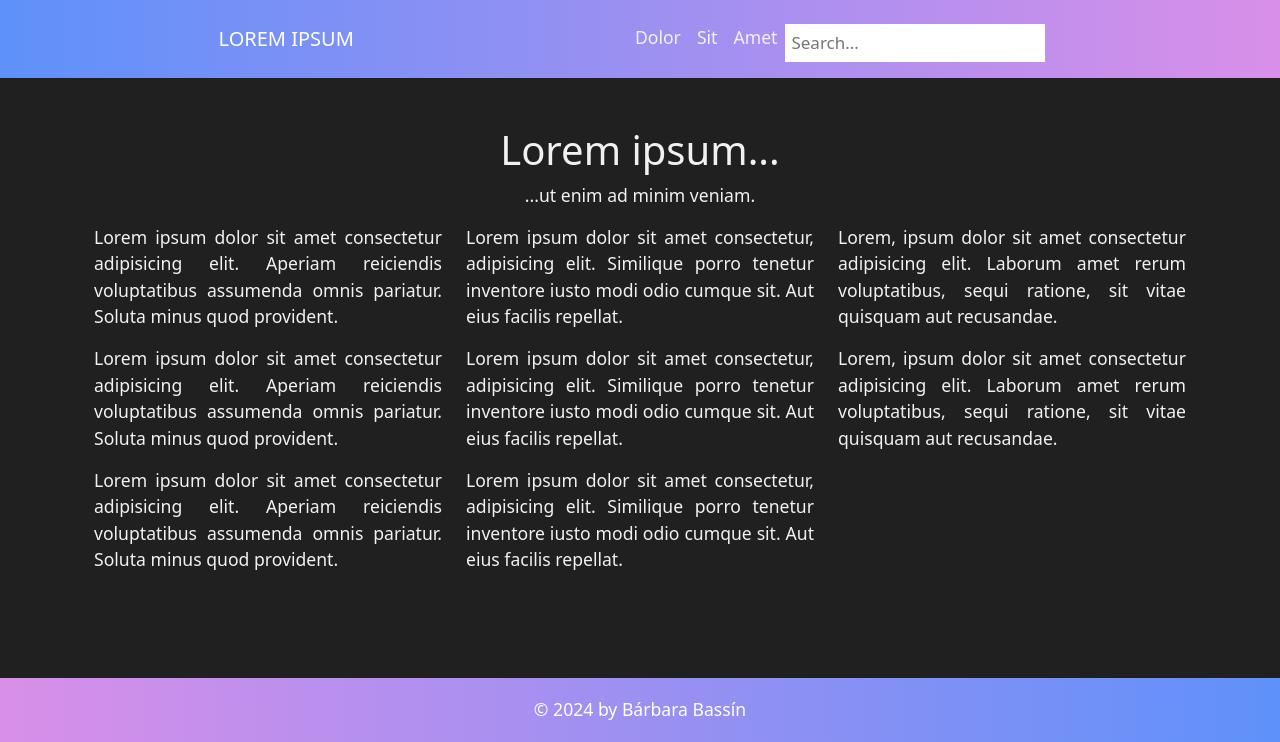
Repository: romancegirl/responsiveness
Page: index.html
An editor plug-in stored every save of this project. The page is shown before and after the next save, followed by the edit.
The browser window is 1280 px wide. The pictures show the whole page.

Above is the page before, as saved 2024-11-19 19:35:46.

### index.html
<!DOCTYPE html>
<html lang="en">

<head>
    <meta charset="UTF-8">
    <meta name="viewport" content="width=device-width, initial-scale=1.0">
    <title>Portfolio - Bárbara Bassín</title>
    <link href="https://cdn.jsdelivr.net/npm/bootstrap@5.3.0/dist/css/bootstrap.min.css" rel="stylesheet">
    <link rel="stylesheet" href="https://cdnjs.cloudflare.com/ajax/libs/font-awesome/6.0.0-beta3/css/all.min.css">
    <link rel="stylesheet" href="css/header-and-footer.css">
    <link rel="stylesheet" href="css/styles.css">
</head>

<body>
    <!-- Header -->
    <header class="py-2">
        <div class="container d-flex justify-content-around align-items-center" id="profile">
            <h5 class="m-0">LOREM IPSUM</h5>
            <nav class="navbar navbar-expand-lg">
                <button class="navbar-toggler" type="button" data-bs-toggle="collapse" data-bs-target="#navbarNav"
                    aria-controls="navbarNav" aria-expanded="false" aria-label="Toggle navigation">
                    <i class="fas fa-bars"></i>
                </button>
                <div class="collapse navbar-collapse" id="navbarNav">
                    <ul class="navbar-nav ms-auto">
                        <li class="nav-item"><a class="nav-link">Dolor</a></li>
                        <li class="nav-item"><a class="nav-link">Sit</a></li>
                        <li class="nav-item"><a class="nav-link">Amet</a></li>
                        <input type="text" placeholder="Search...">
                    </ul>
                </div>
            </nav>
        </div>
    </header>



    <!-- Main -->
    <main class="container my-5">
        <div>
            <h1>Lorem ipsum...</h1>
            <div id="textCarousel" class="carousel slide" data-bs-ride="carousel" data-bs-interval="2000">
                <div class="carousel-inner">
                    <div class="carousel-item active">
                        <p>...olor sit amet, consectetur adipiscing elit...</p>
                    </div>
                    <div class="carousel-item">
                        <p>...sed do eiusmod tempor incididunt ut labore...</p>
                    </div>
                    <div class="carousel-item">
                        <p>...ut enim ad minim veniam.</p>
                    </div>
                </div>
            </div>
        </div>



        <div class="container text-center">
            <div class="row">
                <div class="col-6 col-md-4 paragraph">Lorem ipsum dolor sit amet consectetur adipisicing elit. Aperiam
                    reiciendis
                    voluptatibus assumenda omnis pariatur. Soluta minus quod provident.</div>
                <div class="col-6 col-md-4 paragraph">Lorem ipsum dolor sit amet consectetur, adipisicing elit.
                    Similique porro
                    tenetur inventore iusto modi odio cumque sit. Aut eius facilis repellat.</div>
                <div class="col-6 col-md-4 paragraph">Lorem, ipsum dolor sit amet consectetur adipisicing elit. Laborum
                    amet rerum
                    voluptatibus, sequi ratione, sit vitae quisquam aut recusandae.</div>
                <div class="col-6 col-md-4 paragraph">Lorem ipsum dolor sit amet consectetur adipisicing elit. Aperiam
                    reiciendis
                    voluptatibus assumenda omnis pariatur. Soluta minus quod provident.</div>
                <div class="col-6 col-md-4 paragraph">Lorem ipsum dolor sit amet consectetur, adipisicing elit.
                    Similique porro
                    tenetur inventore iusto modi odio cumque sit. Aut eius facilis repellat.</div>
                <div class="col-6 col-md-4 paragraph">Lorem, ipsum dolor sit amet consectetur adipisicing elit. Laborum
                    amet rerum
                    voluptatibus, sequi ratione, sit vitae quisquam aut recusandae.</div>
                <div class="col-6 col-md-4 paragraph">Lorem ipsum dolor sit amet consectetur adipisicing elit. Aperiam
                    reiciendis
                    voluptatibus assumenda omnis pariatur. Soluta minus quod provident.</div>
                <div class="col-6 col-md-4 paragraph">Lorem ipsum dolor sit amet consectetur, adipisicing elit.
                    Similique porro
                    tenetur inventore iusto modi odio cumque sit. Aut eius facilis repellat.</div>
            </div>
        </div>



    </main>

    <!-- Footer -->
    <footer class="bg-dark text-center py-2">
        <div>&copy; 2024 by Bárbara Bassín</div>
    </footer>
    <script src="js/script.js"></script>
    <script src="https://cdn.jsdelivr.net/npm/bootstrap@5.3.0/dist/js/bootstrap.bundle.min.js"></script>
</body>

</html>

### css/header-and-footer.css
header {
    background: linear-gradient(to right, #5E91FA, #d98fe9);
    color: #fff;
    position: relative;
}


main {
    min-height: 70vh;
    padding-bottom: 1rem;
    box-sizing: border-box;
}

a.nav-link {
    color: #f1f1f1;
}

a.nav-link:hover {
    color: #f6c7de;
    transition: color 0.3s, text-shadow 0.3s;
    transform: scale(1.05);
}


.navbar input[type=text] {
    float: right;
    padding: 6px;
    margin-top: 8px;
    margin-right: 16px;
    border: none;
    font-size: 17px;
}


/* navbar-toggle */

.navbar-toggler {
    border-color: #fff;
}

.navbar-toggler .fas {
    color: #fff;
    /* Cambia el color del ícono */
}

.navbar-collapse {
    justify-content: flex-end;
}

.navbar-toggler:hover {
    cursor: pointer;
}

.navbar-toggler:focus {
    outline: none;
    box-shadow: none;
}

@media (max-width: 995px) {

    .navbar-collapse {
        display: none;
        position: absolute;
        top: 134%;
        left: -55px;
        width: 100%;
        z-index: 999;
        flex-direction: column-reverse;
        align-items: center;
    }

    .navbar-collapse.show {
        display: flex;
    }

    .navbar-nav {
        background: linear-gradient(to right, #5e92fae0, #d98fe9dc);
        color: #fff;
        padding: 1.5rem;
        border-radius: 0 0 100px 100px;
        font-weight: bold;
        text-align: center;
    }

    .navbar-nav:hover {
        cursor: pointer;

    }

    a.nav-link:hover {
        color: #f6c7de;
        transition: color 0.3s, text-shadow 0.3s;
        transform: scale(1.05);
    }

    .navbar-nav .nav-item {
        margin: 10px 0;
    }

    .navbar a, .navbar input[type=text] {
        float: none;
        display: block;
        text-align: left;
        width: 100%;
        margin: 0;
        padding: 14px;
      }
      .navbar input[type=text] {
        border: 1px solid #ccc;
      }

}

footer {
    background: linear-gradient(to right, #d98fe9, #5E91FA);
    color: #fff;
    bottom: 0;
    min-height: 4rem;
    display: flex;
    justify-content: center;
    align-items: center;
}

### css/styles.css
body {
    background-color: #202020;
    color: #f1f1f1;
    font-size: 110%;
}

/* Profile and resume */

.profile-photo {
    width: 250px;
    height: 250px;
    border: #a5c3ffcd;
    border-style: double;
    border-width: 5px;
    border-radius: 70px;
    display: flex;
    justify-content: center;
    align-items: center;
    overflow: hidden;
    /* Oculta cualquier parte de la imagen que se desborde */
    float: right;
}

/* titles */

h1 {
    text-align: center;
}

h2,
h3,
h4 {
    background: linear-gradient(#d98fe9, #5E91FA);
    -webkit-background-clip: text;
    background-clip: text;
    -webkit-text-fill-color: transparent;
}



/* General */

#textCarousel {
    width: 40rem;
    margin: auto;
}

p {
    text-align: center;
}

.row {
    text-align: justify;
}

.paragraph {
margin-bottom: 1rem;
}

/* Responsiveness */

.title-small,
.title-x-small {
    display: none;
}

@media screen and (max-width: 1400px) {

    .title-large,
    .title-x-small {
        display: none;
    }

    .title-small {
        display: block;
    }
}

@media screen and (max-width: 768px) {

    .title-large,
    .title-small {
        display: none;
    }

    .title-x-small {
        display: block;
        text-align: center;

    }

    #textCarousel {
        max-width: 90%; /* Usa un tamaño relativo en lugar de fijo */
    }
}

### js/script.js
document.addEventListener('click', function(event) {
    var navbar = document.querySelector('.navbar-collapse');
    var toggler = document.querySelector('.navbar-toggler');

    // Si el menú está abierto y se hace clic fuera de él, lo cierra
    if (navbar.classList.contains('show') && !navbar.contains(event.target) && !toggler.contains(event.target)) {
        var bsCollapse = new bootstrap.Collapse(navbar, {
            toggle: false
        });
        bsCollapse.hide();
    }
});

// Cerrar el menú automáticamente al hacer clic en cualquier enlace
var navLinks = document.querySelectorAll('.nav-link');
navLinks.forEach(function(link) {
    link.addEventListener('click', function() {
        var navbar = document.querySelector('.navbar-collapse');
        var bsCollapse = new bootstrap.Collapse(navbar, {
            toggle: false
        });
        bsCollapse.hide();
    });
});

After the next save:
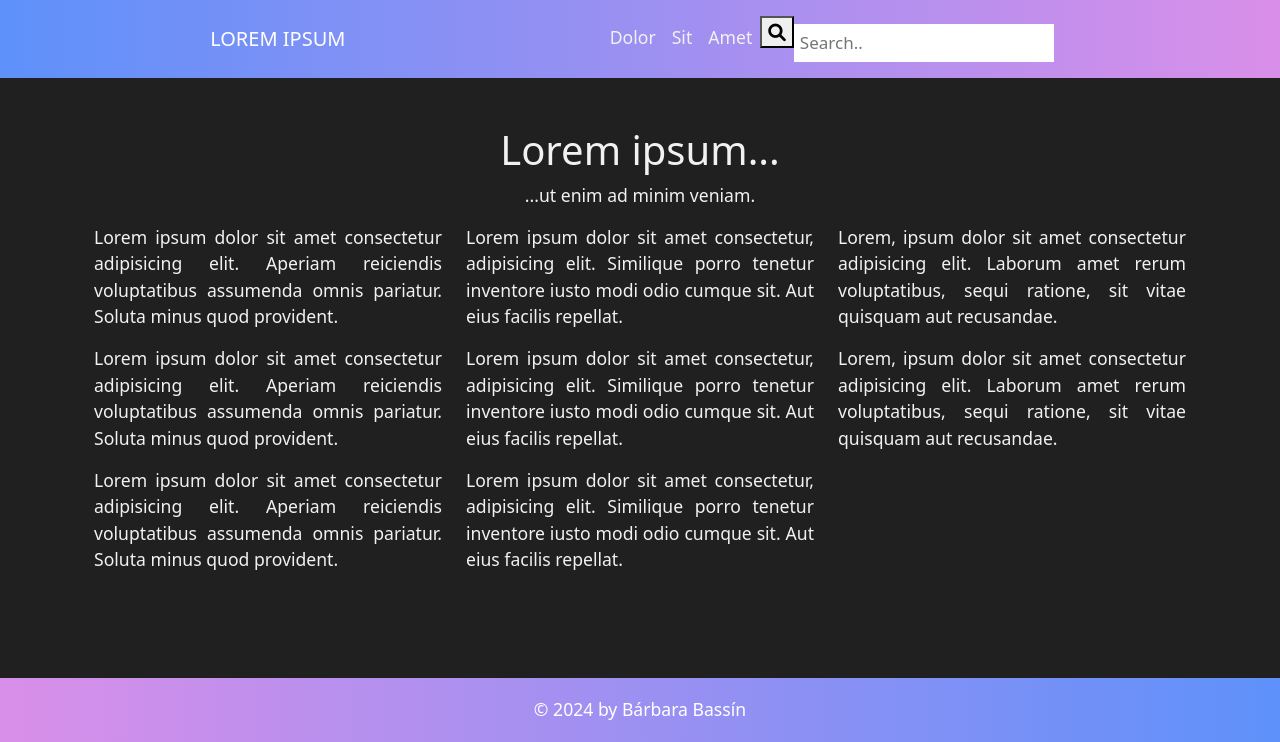
Saved 99 s later.
--- a/index.html
+++ b/index.html
@@ -26,7 +26,12 @@
                         <li class="nav-item"><a class="nav-link">Dolor</a></li>
                         <li class="nav-item"><a class="nav-link">Sit</a></li>
                         <li class="nav-item"><a class="nav-link">Amet</a></li>
-                        <input type="text" placeholder="Search...">
+                        <div class="search-container">
+                            <form action="/action_page.php">
+                              <input type="text" placeholder="Search.." name="search">
+                              <button type="submit"><i class="fa fa-search"></i></button>
+                            </form>
+                          </div>
                     </ul>
                 </div>
             </nav>
